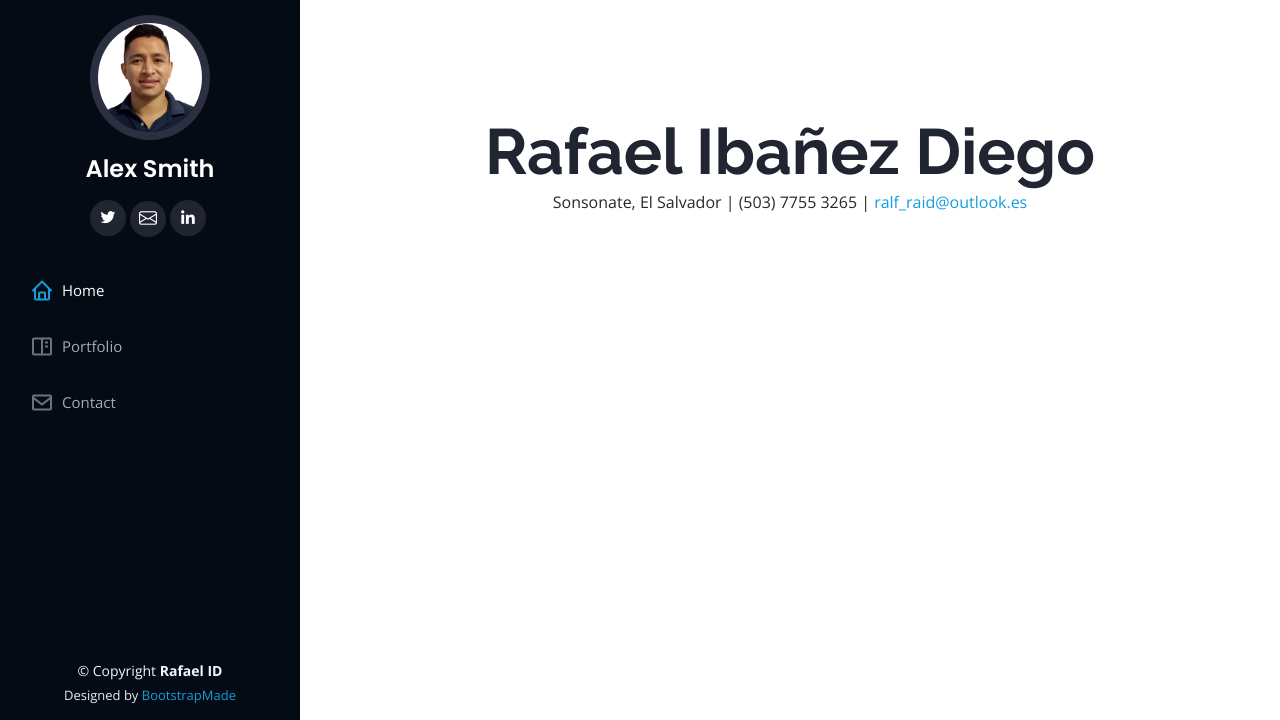
Repository: ralfId/myportfolio
Page: /
The author's editor kept a copy of each file at every save. The page is drawn from the files as they stood at one save, then again after the next save.
The browser window is 1280 px wide. The pictures show the whole page.
The project was rebuilt for these pictures with package versions that can differ from the ones it lists, and the page was loaded fresh each time. Also part of the build but not shown: src/data/projects.js, src/components/Projects/ProjectItem.js, src/components/Projects/ProjectIndex.js, src/helpers/ProjectById.js, src/components/Projects/ProjectDetail.js.

Above is the page before, as saved 2021-09-20 15:44:19.

After the next save:
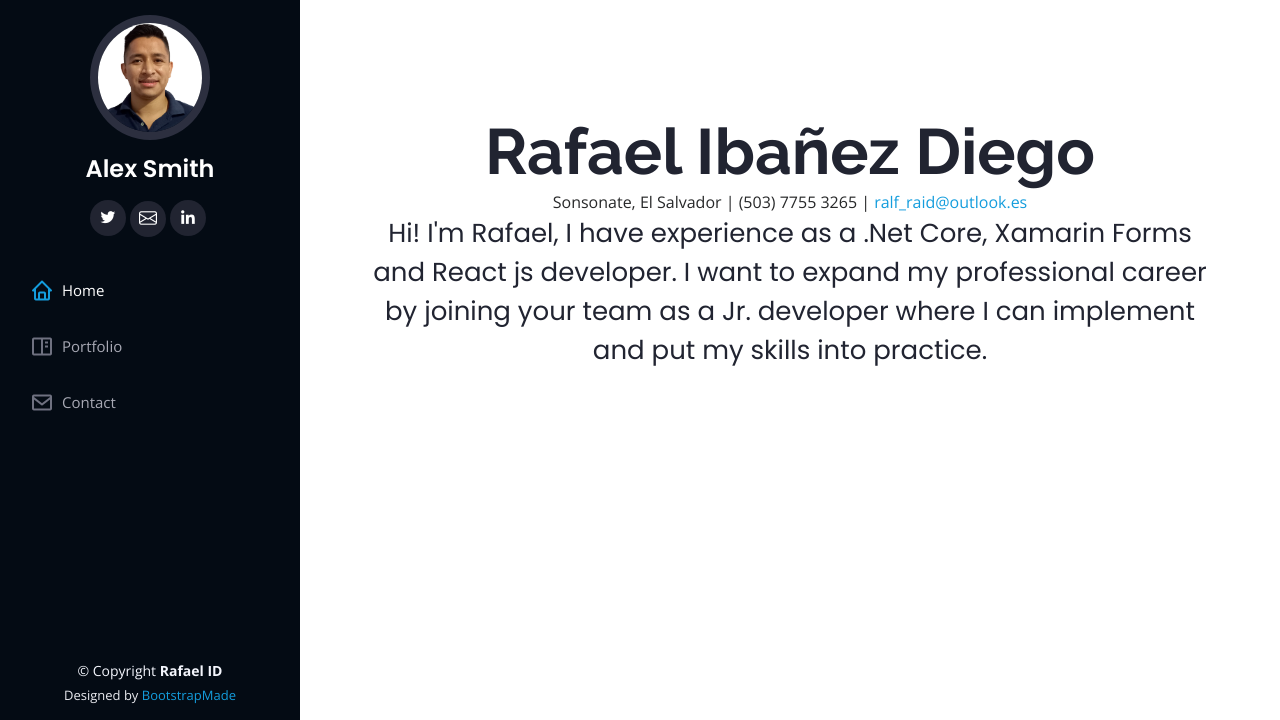
Saved 9 min 10 s later.
--- a/src/components/Home.js
+++ b/src/components/Home.js
@@ -15,6 +15,10 @@ export const Home = () => {
                     <span>
                         Sonsonate, El Salvador | (503) 7755 3265 | <a href="ralf_raid@outlook.es">ralf_raid@outlook.es</a>
                     </span>
+
+                    <p>
+                        Hi! I'm Rafael, I have experience as a .Net Core, Xamarin Forms and React js developer. I want to expand my professional career by joining your team as a Jr. developer where I can implement and put my skills into practice.
+                    </p>
                 </div>
             </section>
         </>
